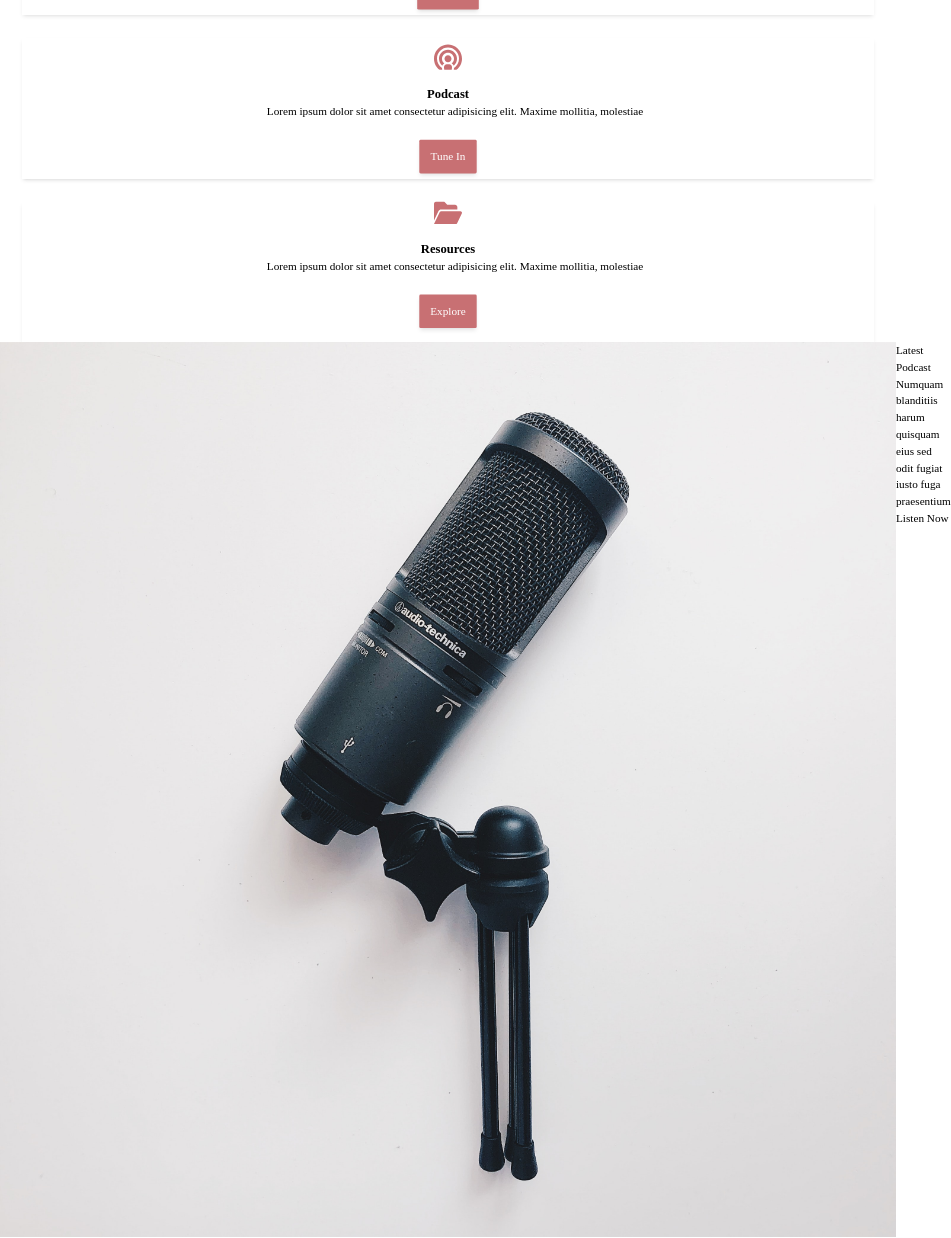
Repository: BrightonMboya/being-you
Page: /
An editor plug-in stored every save of this project. The page is shown before and after the next save, followed by the edit.
The browser window is 1280 px wide. The page is 1358 px wide, then 1280 px, so the pictures cover 1358 px, including what lies to the right of the window. The pictures show the part of the page from y = 1024 to 2864 px (the page is 2792 px tall before and 2864 px after), at 70% of full size.
The project was rebuilt for these pictures with package versions that can differ from the ones it lists, and the page was loaded fresh each time.

Above is the page before, as saved 2022-05-28 17:17:00.

After the next save:
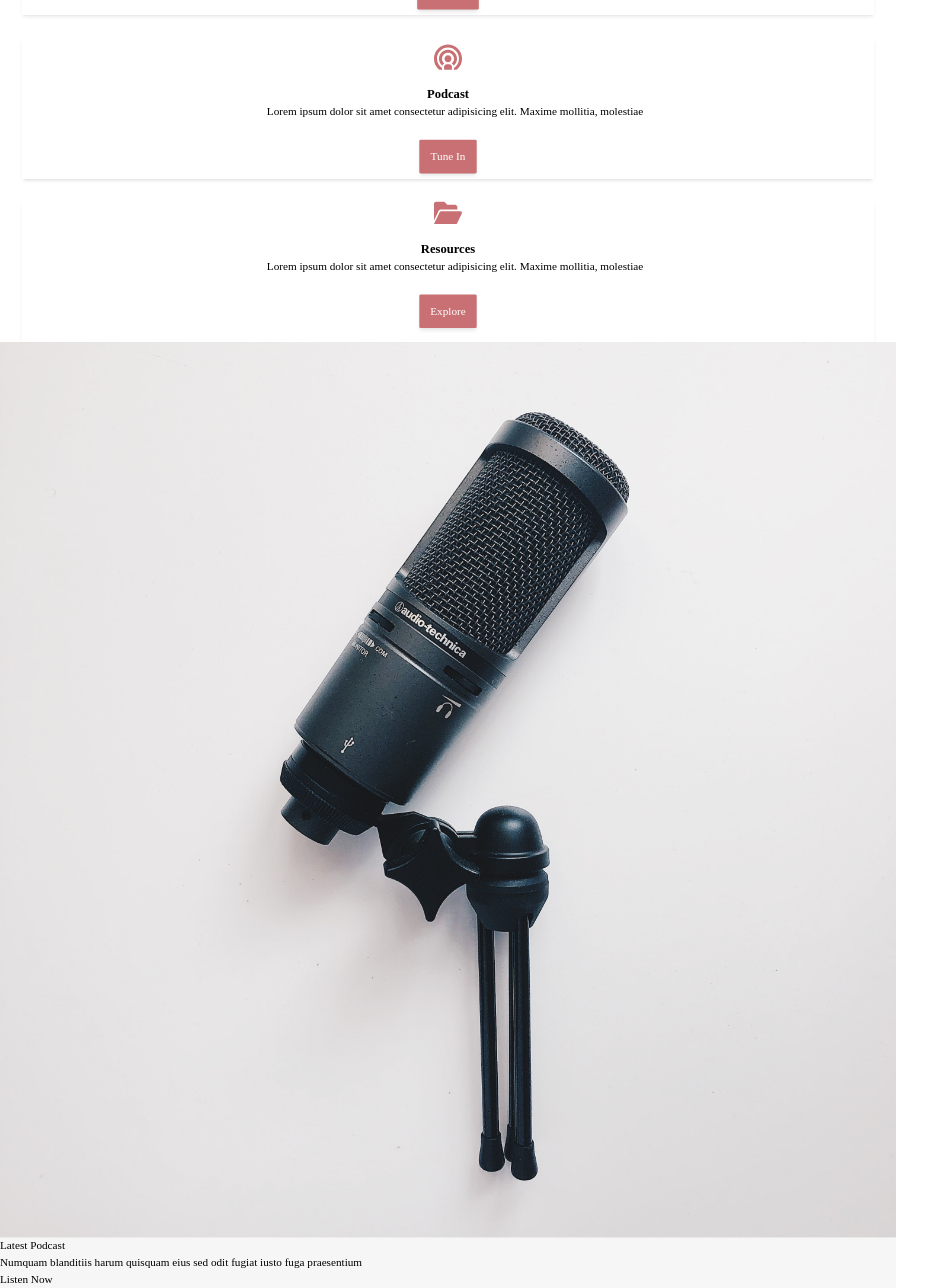
Saved 8 s later.
--- a/src/Components/Podcast/Podcast.jsx
+++ b/src/Components/Podcast/Podcast.jsx
@@ -4,7 +4,7 @@ import mic from "../../assets/mic.jpg";
 const Podcast = () => {
   return (
     <div className="bg-[#F6F6F6]">
-      <div className="flex flex-row">
+      <div className="flex flex-col">
         <img src={mic} alt="" />
         <div>
           <h3>Latest Podcast</h3>
